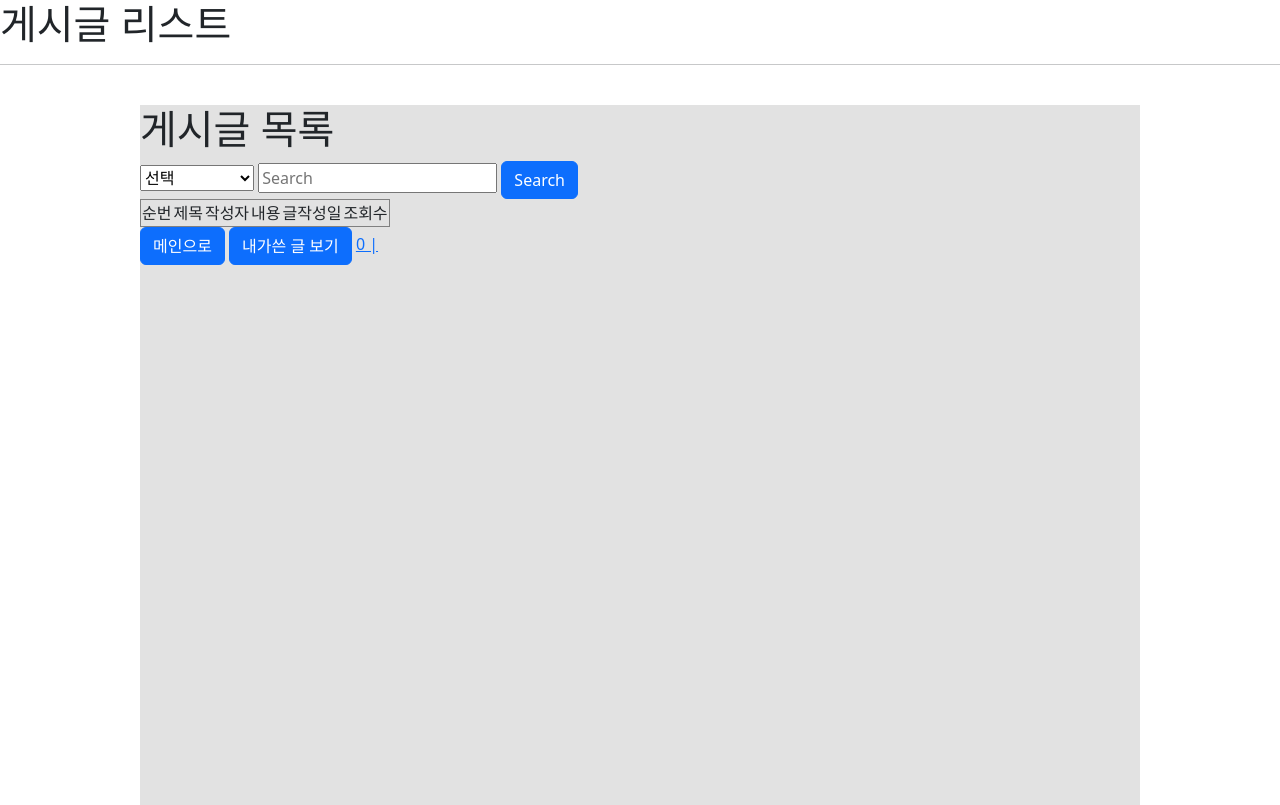
Repository: yangone8249/jsp_project
Page: http://localhost/yang_project/board/BoardList.jsp
The author's editor kept a copy of each file at every save. The page is drawn from the files as they stood at one save, then again after the next save.
The browser window is 1280 px wide. The pictures show the whole page.
The page is served by Tomcat 9. Other server files are loaded and not shown. The template is opened directly, without the code that normally fills it, so the values that code supplies are empty.

Above is the page before, as saved 2023-06-01 02:06:38.

### yang_project/yang_project/src/main/webapp/board/BoardList.jsp
<%@ page language="java" contentType="text/html; charset=UTF-8"
    pageEncoding="UTF-8"%>
<%@ taglib uri="http://java.sun.com/jsp/jstl/core" prefix="c" %>
<!DOCTYPE html>
<html>
<head>
<meta charset="UTF-8">
<title>게시글목록</title>
<link href="https://cdn.jsdelivr.net/npm/bootstrap@5.2.3/dist/css/bootstrap.min.css" rel="stylesheet" integrity="sha384-rbsA2VBKQhggwzxH7pPCaAqO46MgnOM80zW1RWuH61DGLwZJEdK2Kadq2F9CUG65" crossorigin="anonymous">
<script src="https://cdn.jsdelivr.net/npm/bootstrap@5.2.3/dist/js/bootstrap.bundle.min.js" integrity="sha384-kenU1KFdBIe4zVF0s0G1M5b4hcpxyD9F7jL+jjXkk+Q2h455rYXK/7HAuoJl+0I4" crossorigin="anonymous"></script>
<style type="text/css">
	#content{
		width : 1000px;
		height : 700px;
		background-color: #E2E2E2;
		margin:auto;

	}
</style>
</head>
<body>
	<h1>게시글 리스트</h1>
	<hr><br>
	<div id="content">
		<h1 id="listTitle">게시글 목록</h1>
		<form action="/brd/page" method="post" >
			<div>
				<c:set value="${pgh.pgvo.type }" var="typed"></c:set>
				<select name="type">
					<option ${typed == null ? 'selected' : '' }>선택</option>
					<option ${typed eq 't' ? 'selected' : '' } value="t">제목</option>
					<option ${typed eq 'c' ? 'selected' : '' } value="c">내용</option>
					<option ${typed eq 'w' ? 'selected' : '' } value="w">작성자</option>
					<option ${typed eq 'tc' ? 'selected' : '' } value="tc">제목 + 내용</option>
					<option ${typed eq 'tw' ? 'selected' : '' } value="tw">제목 + 작성자</option>
					<option ${typed eq 'cw' ? 'selected' : '' } value="cw">내용 + 작성자</option>
				</select>
				<input type="text" name="keyword" placeholder="Search">
				<input type="hidden" name="pageNo" value="${pgh.pgvo.pageNo }">
				<input type="hidden" name="qty" value="${pgh.pgvo.qty }">
				<button type="submit" class="btn btn-primary">Search</button>
			</div>
		</form>
			<table border="1">
			<tr>
				<td>순번</td>
				<td>제목</td>
				<td>작성자</td>
				<td>내용</td>
				<td>글작성일</td>
				<td>조회수</td>
			</tr>
			<c:forEach items="${list }" var="list" varStatus="i">
				<tr>
					<td>${i.count }</td>
					<td>
					<c:if test="${list.image_file ne null && list.image_file ne '' }">
					<img alt="없음" src="/_fileUpload/th_${list.image_file}">
					</c:if>
					<a href="/brd/detail?bno=${list.bno }">${ list.title}</a></td>
					<td>${list.writer }</td>
					<td>${list.content }</td>
					<td>${list.regdate }</td>
					<td>${list.count }</td>
				</tr>
			</c:forEach>
		</table>
		<a href="/"><button type="button" class="btn btn-primary">메인으로</button></a>
			<a href="/brd/page?type='w'&keyword=${ses.id }" ><button class="btn btn-primary">내가쓴 글 보기</button></a>
		<c:if test="${pgh.prev }">
			<a href="/brd/page?pageNo=${pgh.startPage-1 }&qty=${pgh.pgvo.qty}&type=${pgh.pgvo.type}&keyword=${pgh.pgvo.keyword}">이전</a>
		</c:if>
		<c:forEach begin="${pgh.startPage }" end="${pgh.endPage }" var="i">
			<a href="/brd/page?pageNo=${i }&qty=${pgh.pgvo.qty}&type=${pgh.pgvo.type}&keyword=${pgh.pgvo.keyword}">${i } | </a>
		</c:forEach>
		<c:if test="${pgh.next }">
			<a href="/brd/page?pageNo=${pgh.endPage+1 }&qty=${pgh.pgvo.qty}&type=${pgh.pgvo.type}&keyword=${pgh.pgvo.keyword}">다음</a>
		</c:if></div>
</body>
</html>

After the next save:
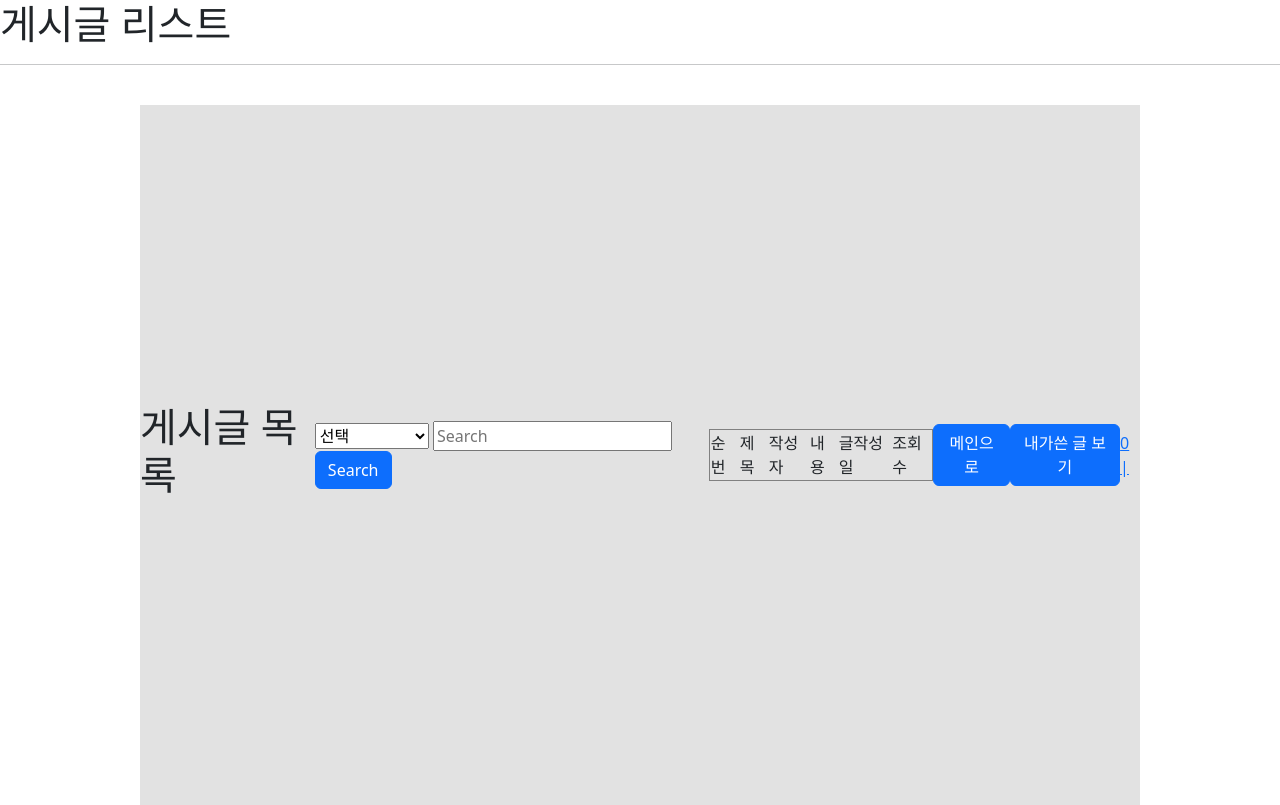
Saved 10 s later.
--- a/yang_project/yang_project/src/main/webapp/board/BoardList.jsp
+++ b/yang_project/yang_project/src/main/webapp/board/BoardList.jsp
@@ -14,6 +14,9 @@
 		height : 700px;
 		background-color: #E2E2E2;
 		margin:auto;
+		 justify-content : center;
+		display: flex;
+		align-items : center;
 
 	}
 </style>
